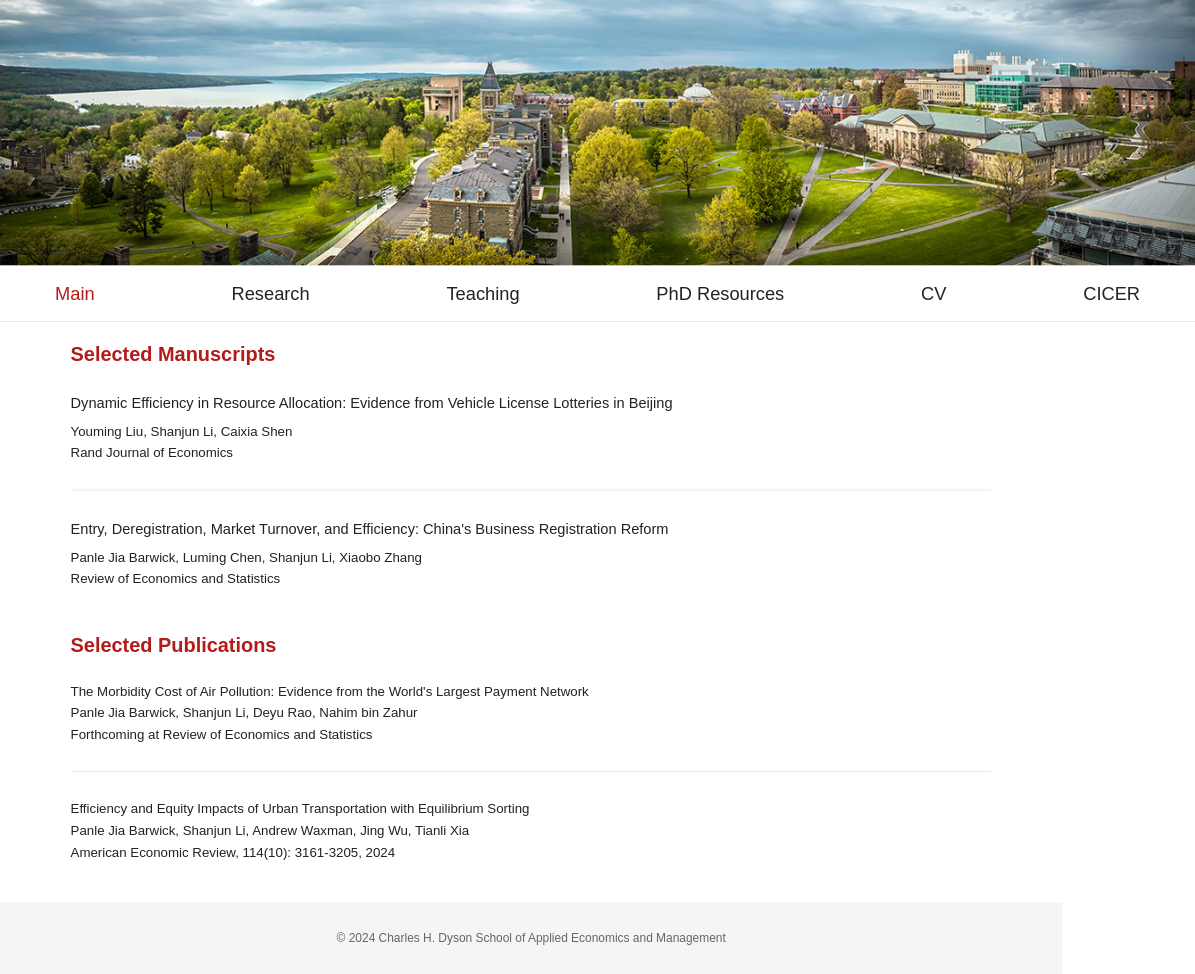
Repository: huang-heavenly-Emperor/k1_project
Page: index.html
An editor plug-in stored every save of this project. The page is shown before and after a run of saves, followed by the edit.
The browser window is 1280 px wide. The page is 1440 px wide, so the pictures cover 1440 px, including what lies to the right of the window. The pictures show the whole page, at 83% of full size.

Above is the page before, as saved 2024-11-17 14:23:04.

### index.html
<!DOCTYPE html>
<html lang="en">

<head>
    <meta charset="UTF-8">
    <meta name="viewport" content="width=device-width, initial-scale=1.0">
    <title>Academic Homepage</title>
    <link rel="stylesheet" href="reset.css">
    <link rel="stylesheet" href="common.css">
    <link rel="stylesheet" href="index.css">
</head>

<body>
    <header class="site-header">
        <div class="banner">
            <img src="images/Cornell University Ithaca Campus.jpg" alt="Cornell University Campus Panorama"
                class="banner-img">
        </div>
        <nav class="main-nav">
            <div class="nav-container">
                <ul class="nav-list">
                    <li><a href="./index.html" class="active">Main</a></li>
                    <li><a href="./research.html">Research</a></li>
                    <li><a href="./teaching.html">Teaching</a></li>
                    <li><a href="#">PhD Resources</a></li>
                    <li><a href="./CV_ShanjunLi_Fall2024.pdf" target="_blank">CV</a></li>
                    <li><a href="#">CICER</a></li>
                </ul>
            </div>
        </nav>
    </header>

    <main class="main-container">
        <section class="manuscripts">
            <h2>Selected Manuscripts</h2>
            <ul>
                <li>
                    <p class="manuscript-title">Dynamic Efficiency in Resource Allocation: Evidence from Vehicle License
                        Lotteries in Beijing</p>
                    <p class="manuscript-authors">Youming Liu, Shanjun Li, Caixia Shen</p>
                    <p class="manuscript-journal">Rand Journal of Economics</p>
                </li>
                <li>
                    <p class="manuscript-title">Entry, Deregistration, Market Turnover, and Efficiency: China's Business
                        Registration Reform</p>
                    <p class="manuscript-authors">Panle Jia Barwick, Luming Chen, Shanjun Li, Xiaobo Zhang</p>
                    <p class="manuscript-journal">Review of Economics and Statistics</p>
                </li>
            </ul>
        </section>

        <section class="publications">
            <h2>Selected Publications</h2>
            <ul>
                <li>
                    <p class="publication-title">The Morbidity Cost of Air Pollution: Evidence from the World's Largest
                        Payment Network</p>
                    <p class="publication-authors">Panle Jia Barwick, Shanjun Li, Deyu Rao, Nahim bin Zahur</p>
                    <p class="publication-journal">Forthcoming at Review of Economics and Statistics</p>
                </li>
                <li>
                    <p class="publication-title">Efficiency and Equity Impacts of Urban Transportation with Equilibrium
                        Sorting</p>
                    <p class="publication-authors">Panle Jia Barwick, Shanjun Li, Andrew Waxman, Jing Wu, Tianli Xia</p>
                    <p class="publication-journal">American Economic Review, 114(10): 3161-3205, 2024</p>
                </li>
            </ul>
        </section>
    </main>

    <footer class="footer">
        <div class="footer-container">
            <p>© 2024 Charles H. Dyson School of Applied Economics and Management</p>
        </div>
    </footer>

    <script>
        function openCV() {
            window.open('./CV_ShanjunLi_Fall2024.pdf#toolbar=0', '_blank');
        }
    </script>
</body>

</html>

### reset.css
*, *::before, *::after {
    margin: 0;
    padding: 0;
    box-sizing: border-box;
}

html, body {
    height: 100%;
    font-size: 16px;
    line-height: 1.5;
    -webkit-font-smoothing: antialiased;
    -moz-osx-font-smoothing: grayscale;
}

body {
    font-family: Arial, sans-serif;
    color: #333;
}

ul, ol {
    list-style: none;
}

a {
    text-decoration: none;
    color: inherit;
}

img {
    max-width: 100%;
    height: auto;
    display: block;
}

button, input, select, textarea {
    font: inherit;
    color: inherit;
}

h1, h2, h3, h4, h5, h6 {
    font-size: inherit;
    font-weight: inherit;
}

### common.css
.site-header {
  position: relative;
  width: 1440px;
  height: max-content;
  margin: 0 auto 20px;
  overflow: hidden;
}

.banner {
  height: 320px;
  overflow: hidden;
  position: relative;
}

.banner img {
  width: 100%;
  height: 100%;
  object-fit: cover;
}

nav {
  background-color: var(--background-color);
  border-bottom: 1px solid var(--border-color);
}

nav ul {
  display: flex;
  justify-content: space-around;
  align-items: center;
  gap: 2rem;
  padding: 1rem 0;
  list-style: none;
}

nav a {
  text-decoration: none;
  color: var(--text-color);
  font-weight: 500;
  font-size: 22px;
  padding: 0.5rem 0;
  transition: color 0.3s;
}

nav a:hover,
nav a.active {
  color: var(--primary-color);
}

@media (max-width: 768px) {
    .site-header {
        width: 100%;
    }

    nav ul {
        flex-direction: column;
        align-items: center;
    }

    nav a {
        font-size: 18px;
    }
}

### index.css
:root {
  --primary-color: #B31B1B;
  --text-color: #222;
  --link-color: #0076BB;
  --background-color: #fff;
  --border-color: #e5e5e5;
}

body {
  font-family: Arial, sans-serif;
  line-height: 1.6;
  color: var(--text-color);
  background-color: var(--background-color);
}

.main-container {
  max-width: 1150px;
  padding: 0 20px;
  margin: 0 auto;
}

section {
  margin-bottom: 3rem;
}

h2 {
  font-size: 1.5rem;
  font-weight: 600;
  margin-bottom: 1.5rem;
  color: var(--primary-color);
}

.manuscripts ul,
.publications ul {
  list-style: none;
  display: flex;
  flex-direction: column;
  gap: 2rem;
}

.manuscripts li,
.publications li {
  padding-bottom: 2rem;
  border-bottom: 1px solid var(--border-color);
}

.manuscripts li:last-child,
.publications li:last-child {
  border-bottom: none;
  padding-bottom: 0;
}

.manuscript-title,
.authors,
.journal {
  font-size: 1.1rem;
  font-weight: 500;
  margin-bottom: 0.5rem;
}

.authors {
  color: #444;
  margin-bottom: 0.5rem;
}

.journal {
  color: #666;
  font-style: italic;
}

.footer {
  background-color: #f5f5f5;
  padding: 2rem 0;
  text-align: center;
  font-size: 0.9rem;
  color: #666;
}

@media (max-width: 768px) {
  .banner {
    height: 300px;
  }

  nav ul {
    flex-wrap: wrap;
    justify-content: center;
    gap: 1rem;
  }

  h2 {
    font-size: 1.3rem;
  }

  .manuscript-title {
    font-size: 1rem;
  }

  .main-container {
    padding: 0 10px;
  }

  nav ul {
    flex-direction: column;
    align-items: center;
  }

  nav a {
    font-size: 18px;
  }
}

@media (max-width: 480px) {
  .banner {
    height: 200px;
  }

  .manuscripts ul,
  .publications ul {
    gap: 1.5rem;
  }

  .manuscripts li,
  .publications li {
    padding-bottom: 1.5rem;
  }

  .manuscript-title,
  .authors,
  .journal {
    font-size: 1rem;
  }
}

After the next 4 saves:
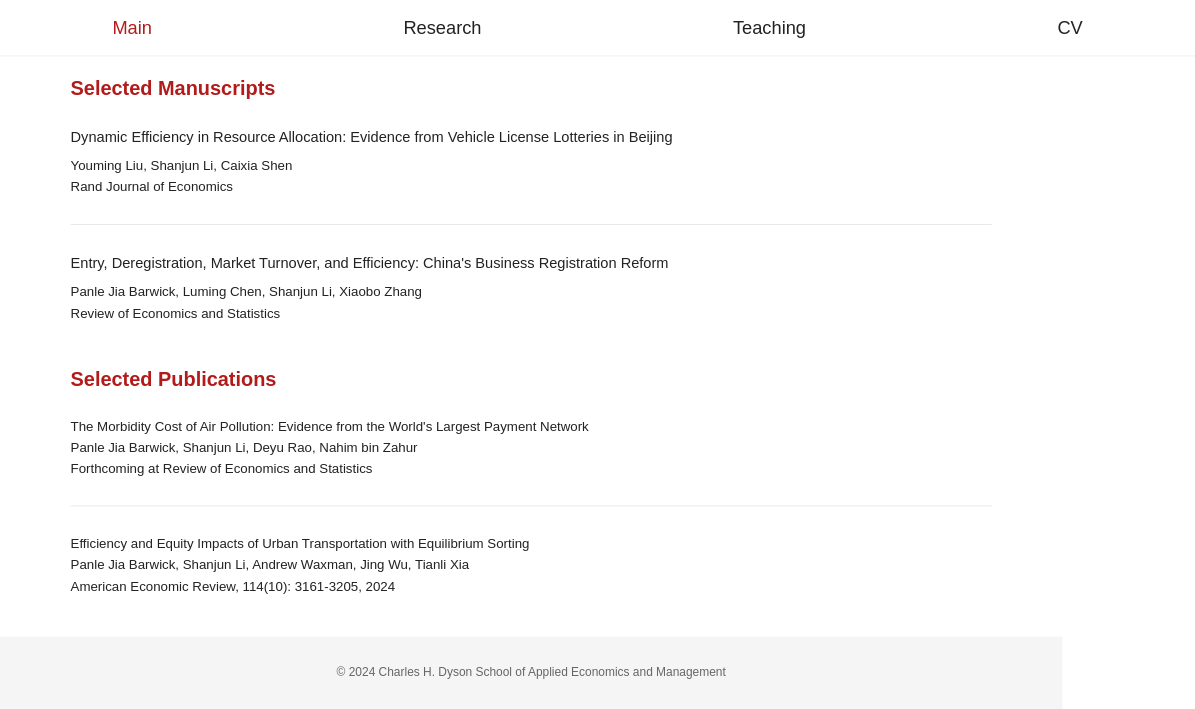
The 4 saves are shown as one change because they came seconds apart.
The last was saved 41 min 6 s later.
--- a/index.html
+++ b/index.html
@@ -12,19 +12,13 @@
 
 <body>
     <header class="site-header">
-        <div class="banner">
-            <img src="images/Cornell University Ithaca Campus.jpg" alt="Cornell University Campus Panorama"
-                class="banner-img">
-        </div>
         <nav class="main-nav">
             <div class="nav-container">
                 <ul class="nav-list">
                     <li><a href="./index.html" class="active">Main</a></li>
                     <li><a href="./research.html">Research</a></li>
                     <li><a href="./teaching.html">Teaching</a></li>
-                    <li><a href="#">PhD Resources</a></li>
                     <li><a href="./CV_ShanjunLi_Fall2024.pdf" target="_blank">CV</a></li>
-                    <li><a href="#">CICER</a></li>
                 </ul>
             </div>
         </nav>
